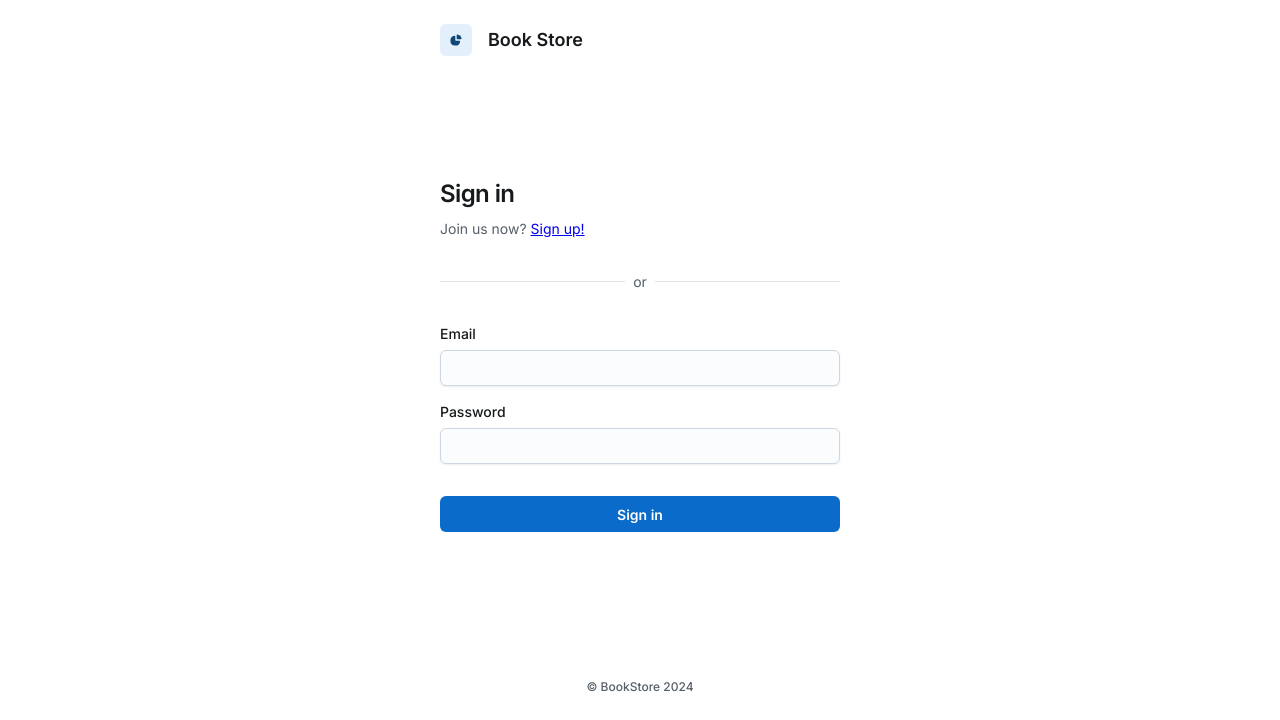
Repository: LaurentiusKevin/bookstore-fe
Page: /auth/login
An editor plug-in stored every save of this project. The page is shown before and after the next save, followed by the edit.
The browser window is 1280 px wide. The pictures show the whole page.
The project was rebuilt for these pictures with package versions that can differ from the ones it lists, and the page was loaded fresh each time. The framework's server and built-in components were replaced by stand-ins that run in the browser. Also part of the build but not shown: next.config.mjs.

Above is the page before, as saved 2024-04-07 00:56:17.

After the next save:
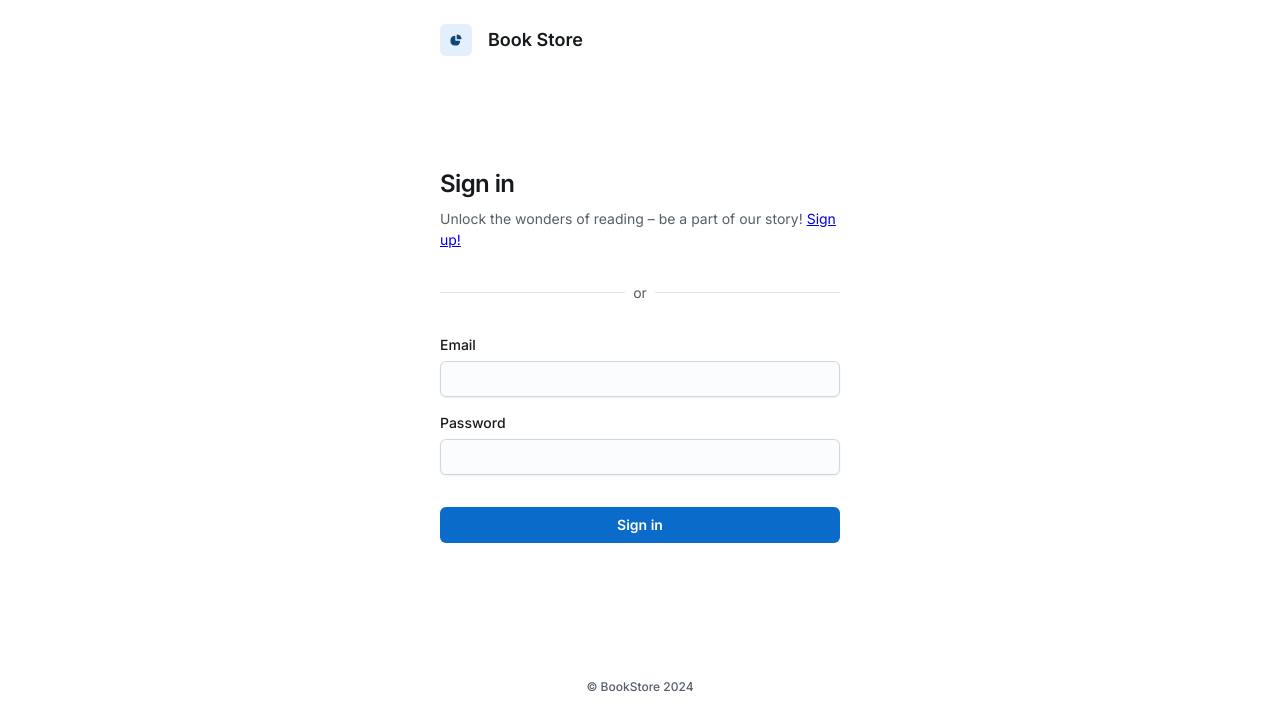
Saved 108 s later.
--- a/src/app/auth/login/page.tsx
+++ b/src/app/auth/login/page.tsx
@@ -129,7 +129,8 @@ export default function AuthSignIn() {
               <Stack gap={1}>
                 <Typography level="h3">Sign in</Typography>
                 <Typography level="body-sm">
-                  Join us now? <Link href="#replace-with-a-link">Sign up!</Link>
+                  Unlock the wonders of reading – be a part of our story!{" "}
+                  <Link href="#replace-with-a-link">Sign up!</Link>
                 </Typography>
               </Stack>
             </Stack>
